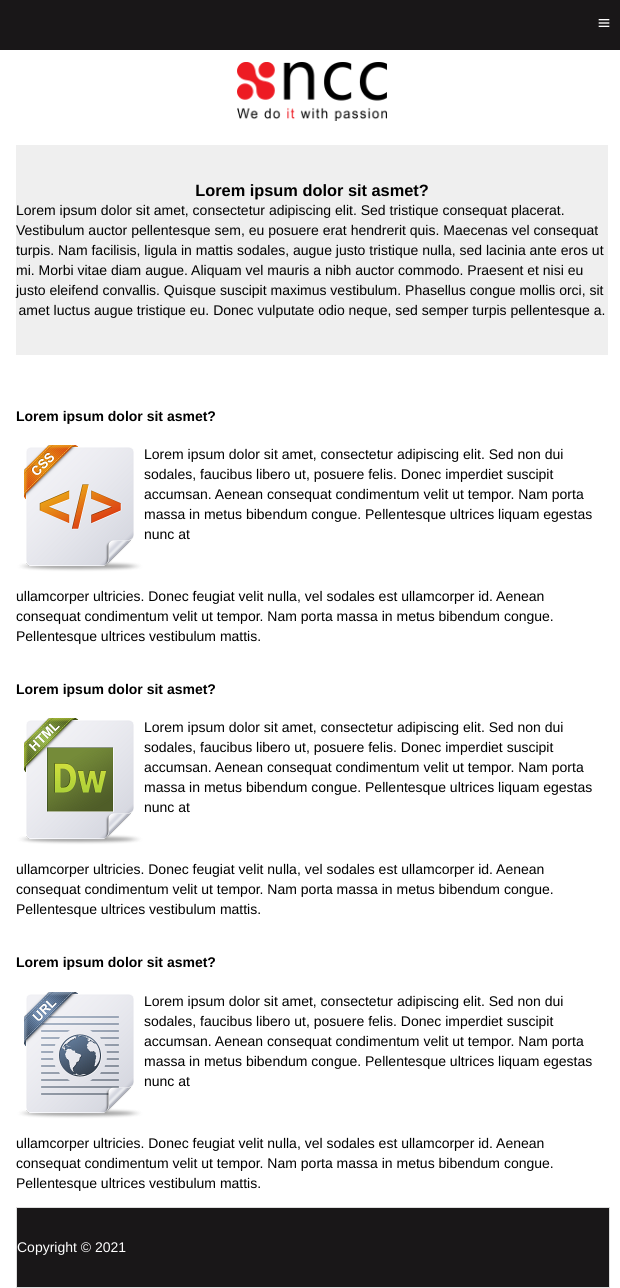
Repository: HoanTiny/ncc
Page: index.html
The author's editor kept a copy of each file at every save. The page is drawn from the files as they stood at one save, then again after the next save.
The browser window is 600 px wide. The page is 620 px wide, then 600 px, so the pictures cover 620 px, including what lies to the right of the window. The pictures show the whole page.

Above is the page before, as saved 2023-03-30 21:29:22.

After the next save:
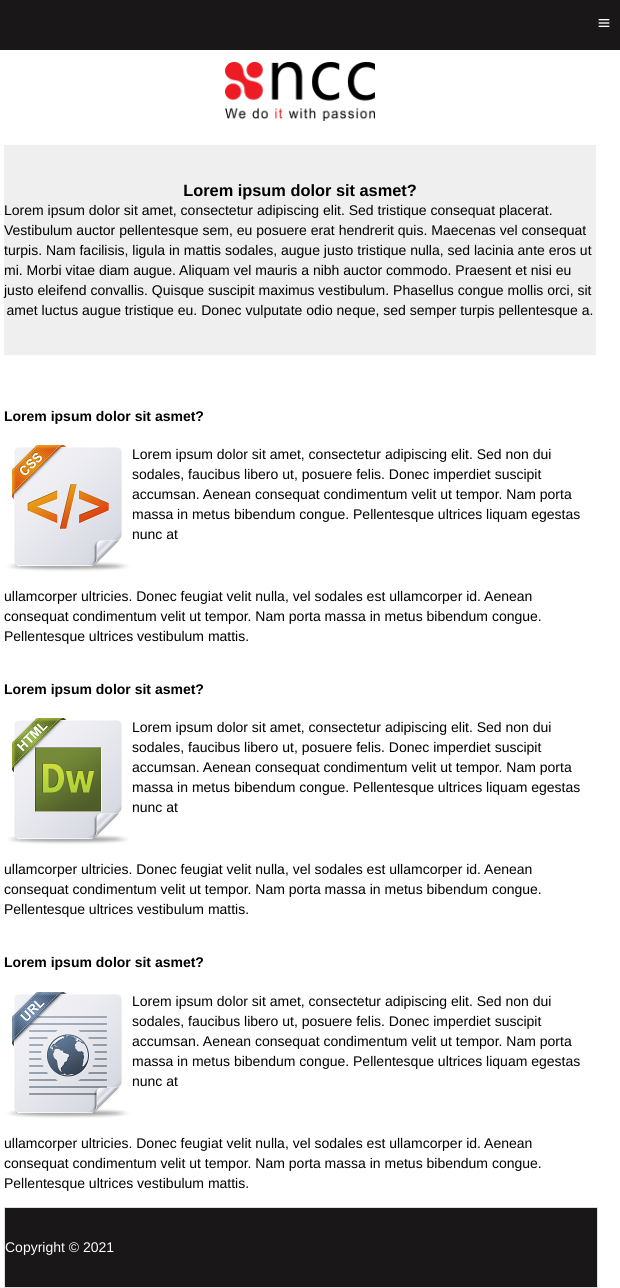
Saved 24 s later.
--- a/style.css
+++ b/style.css
@@ -135,7 +135,6 @@
         width: 100%;
         display: flex;
         flex-direction: column;
-        padding: 0 12px;
     }
 
     .sidebar {
